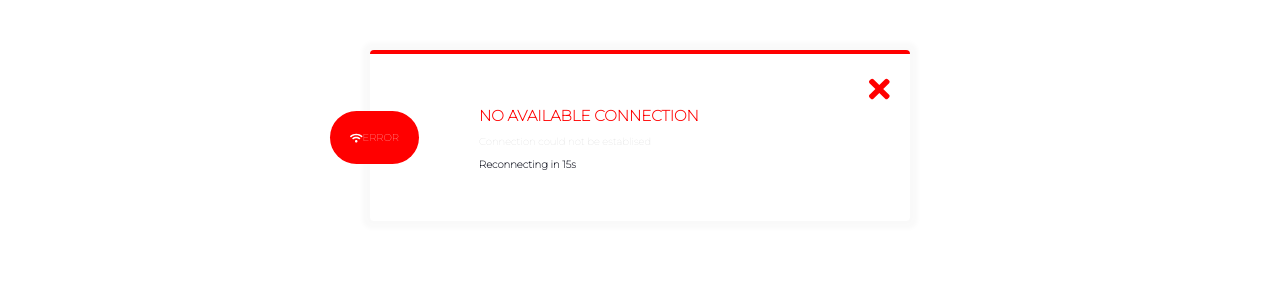
Repository: duongtln/tricks-tips
Page: variable_in_css/index.html
The author's editor kept a copy of each file at every save. The page is drawn from the files as they stood at one save, then again after the next save.
The browser window is 1280 px wide. The pictures show the whole page.
Some web libraries are served in a nearby version.

Above is the page before, as saved 2021-08-09 22:44:02.

After the next save:
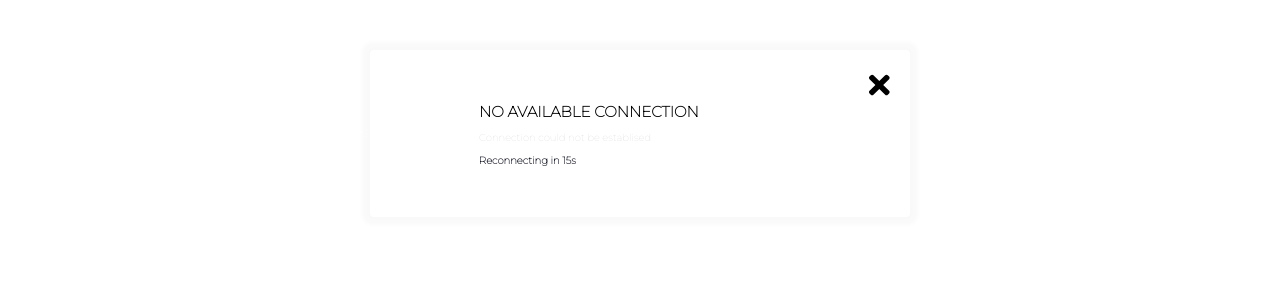
Saved 105 s later.
--- a/variable_in_css/style.css
+++ b/variable_in_css/style.css
@@ -4,6 +4,10 @@ html {
 
 body {
     font-family: "Montserrat", sans-serif;
+}
+
+:root {
+    --color-error: r#ed2568ed;
 }
 
 .error-message {
@@ -13,7 +17,7 @@ body {
     display: flex;
     align-items: center;
     margin: 5rem auto;
-    border-top: 4px solid red;
+    border-top: 4px solid var(--color-error);
     padding: 4rem 2rem;
     box-shadow: 0 0 4px 8px rgba(0, 0, 0, 0.025);
     position: relative;
@@ -23,7 +27,7 @@ body {
     position: absolute;
     right: 2rem;
     top: 2rem;
-    color: red;
+    color: var(--color-error);
     cursor: pointer;
     font-size: 3rem;
 }
@@ -35,7 +39,7 @@ body {
     text-transform: uppercase;
     padding: 2rem;
     border-radius: 5rem;
-    background-color: red;
+    background-color: var(--color-error);
     position: relative;
     left: -6rem;
 }
@@ -47,7 +51,7 @@ body {
 .error-title {
     text-transform: uppercase;
     font-style: 1.6rem;
-    color: red;
+    color: var(--color-error);
     margin-bottom: 1rem;
     font-weight: bold;
 }
